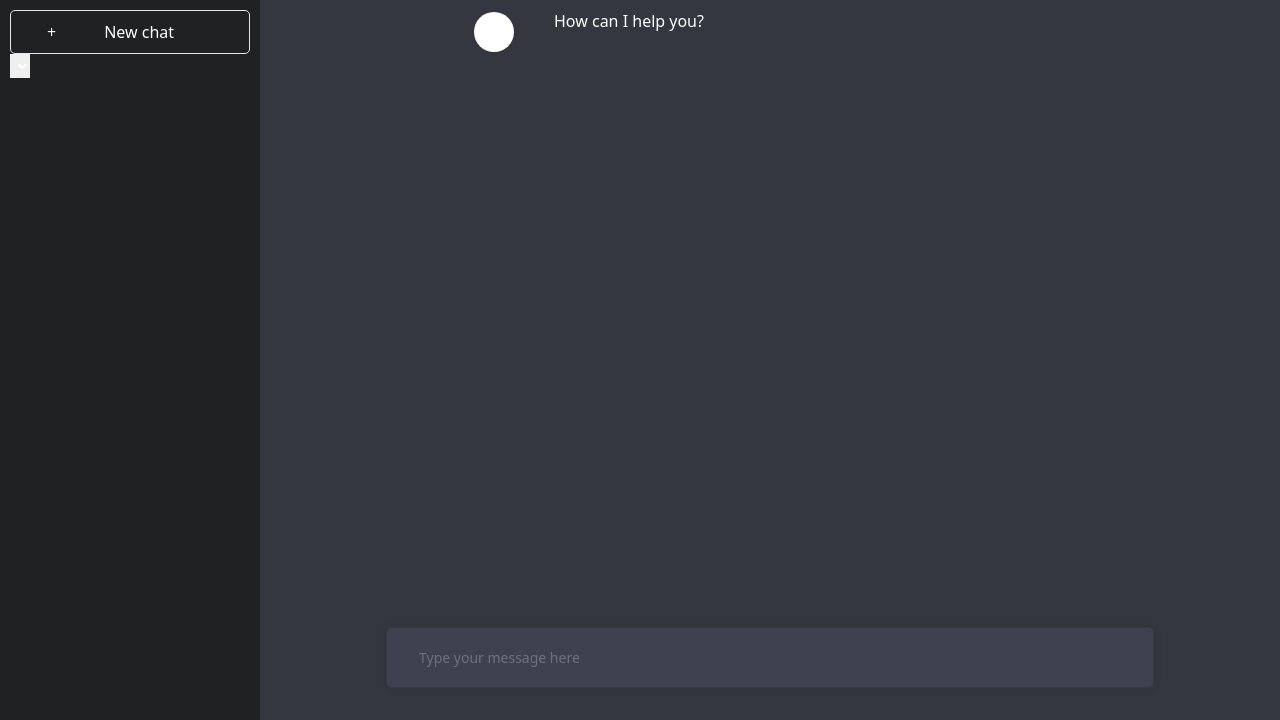
Repository: ciobiano/ChatGPT_V2.0-unoffical-
Page: / (app in client/)
An editor plug-in stored every save of this project. The page is shown before and after the next save, followed by the edit.
The browser window is 1280 px wide. The pictures show the whole page.
The page's requests for data from a server got no answer. The project was rebuilt for these pictures with package versions that can differ from the ones it lists, and the page was loaded fresh each time. No one was signed in, and anything a server would have sent is missing. Also part of the build but not shown: client/src/index.css.

Above is the page before, as saved 2023-01-13 16:46:25.

After the next save:
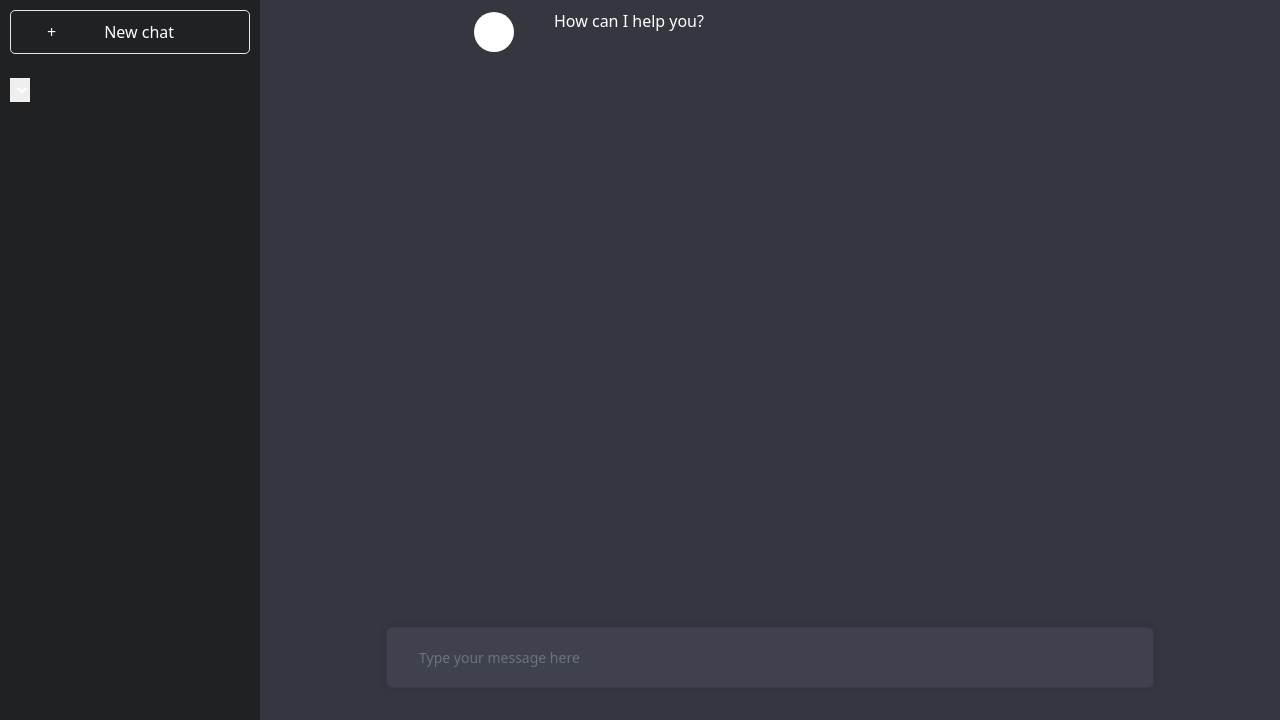
Saved 5 s later.
--- a/client/src/App.js
+++ b/client/src/App.js
@@ -67,7 +67,7 @@
 					<span className="pl-6 pr-12 ">+</span>
 					New chat
 				</div>
-				<div className="Models flex items-center mt-[]">
+				<div className="Models flex items-center mt-[24px]">
 					<select
 						onChange={(e) => {
 							setCurrentModel(e.target.value);
